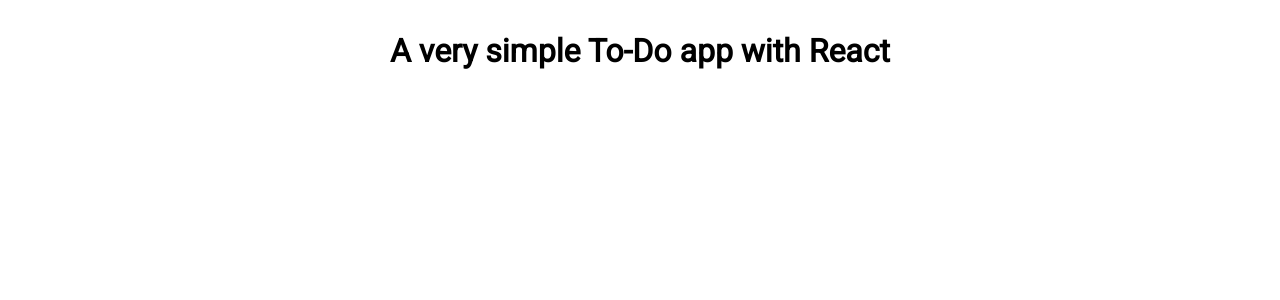
Repository: darioskpavoni/to-do-react
Page: /
These files come from the project's save history. The page is drawn as it stood at one moment and after the next save; the edit follows.
The browser window is 1280 px wide. The pictures show the whole page.
The project was rebuilt for these pictures with package versions that can differ from the ones it lists, and the page was loaded fresh each time. Also part of the build but not shown: vite.config.ts.

Above is the page before, as saved 2023-03-19 23:53:53.

After the next save:
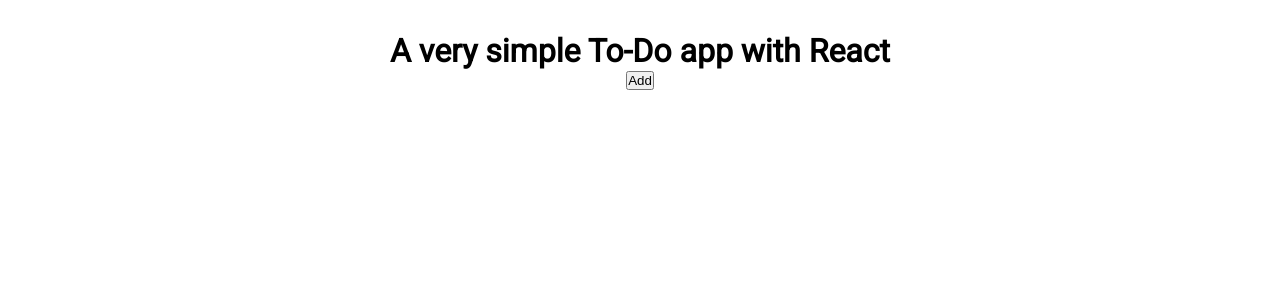
Saved 89 s later.
--- a/src/App.tsx
+++ b/src/App.tsx
@@ -5,6 +5,9 @@
   return (
     <div className="App">
       <h1>A very simple To-Do app with React</h1>
+      <div className="controls">
+        <button>Add</button>
+      </div>
     </div>
   );
 }
